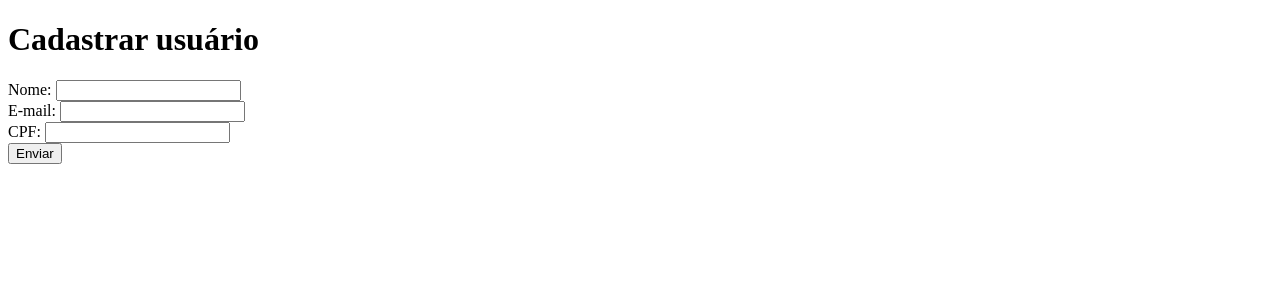
Repository: marcelsmelo/Aula-JSP
Page: http://localhost/CRUD-JSP/NovoUsuario
An editor plug-in stored every save of this project. The page is shown before and after the next save, followed by the edit.
The browser window is 1280 px wide. The pictures show the whole page.
The page is served by Tomcat 9.

Above is the page before, as saved 2016-06-14 18:14:52.

After the next save:
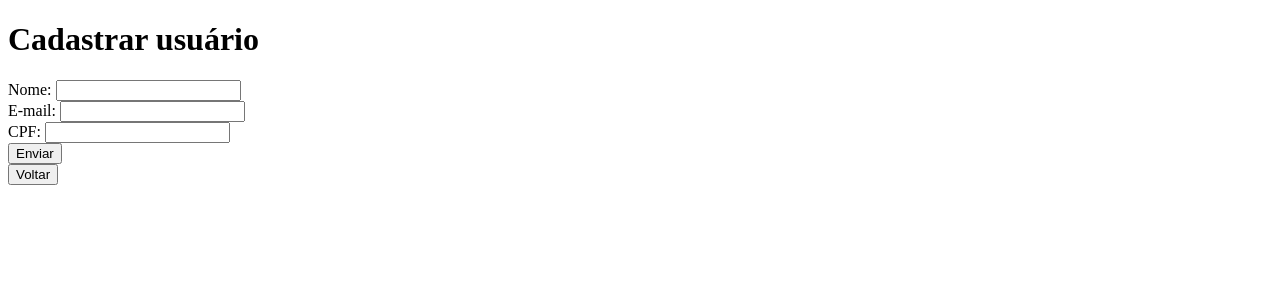
Saved 68 s later.
--- a/CRUD-JSP/WebContent/novoUsuario.jsp
+++ b/CRUD-JSP/WebContent/novoUsuario.jsp
@@ -23,5 +23,8 @@
 		<br />
 		<input type="submit" value="Enviar"/>
 	</form>
+	<form method="GET" action="NovoUsuario">
+			<input type="submit" value="Voltar" />
+	</form>
 </body>
 </html>
